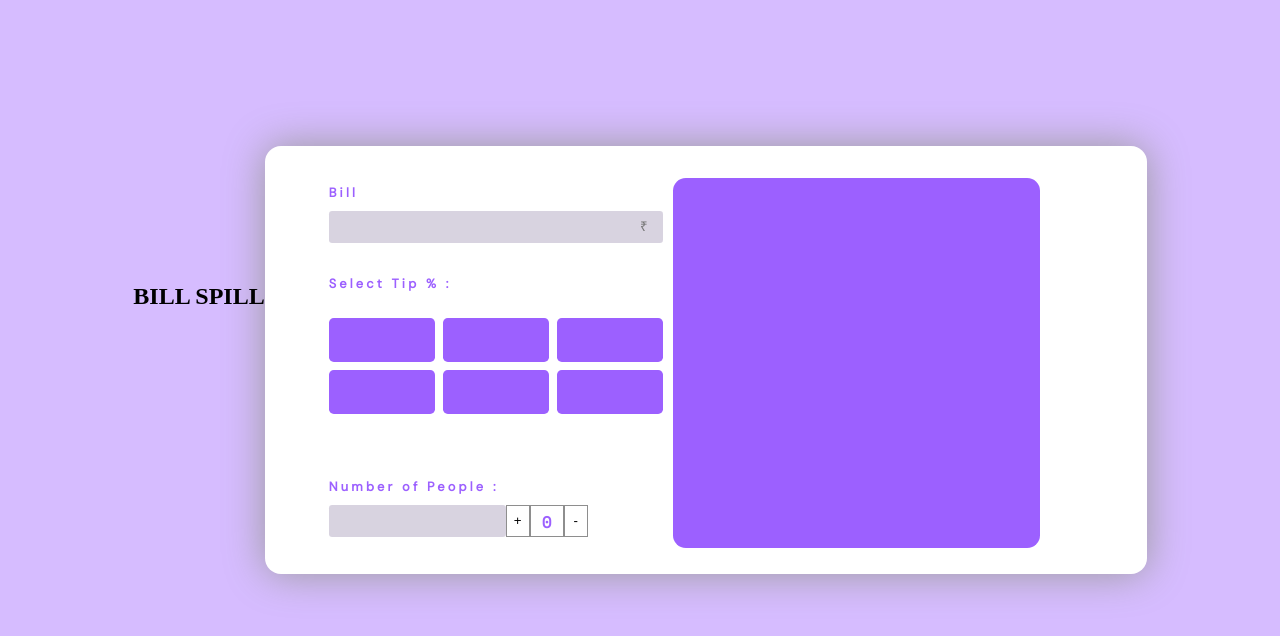
Repository: drumsmanku/micro-project-3
Page: index.html
An editor plug-in stored every save of this project. The page is shown before and after the next save, followed by the edit.
The browser window is 1280 px wide. The pictures show the whole page.

Above is the page before, as saved 2023-04-17 19:24:05.

### index.html
<!DOCTYPE html>
<html lang="en">
<head>
  <meta charset="UTF-8">
  <meta http-equiv="X-UA-Compatible" content="IE=edge">
  <meta name="viewport" content="width=device-width, initial-scale=1.0">
  <link rel="stylesheet" href="styles.css">
  <title>Bill Spill</title>
</head>
<body>
  <main>
    <h2>BILL SPILL</h2>
    <div class="entire-container">
      <div class="left-inside-container">
          <label for="amount">Bill</label>
          <input type="number" name="total" id="total-bill" placeholder="₹" >
          <div class="select-container">
            <label for="tip">Select Tip % :</label>
            <div class="button-containers">
              <button class="bt-1 sizing"></button>
              <button class="bt-2 sizing"></button>
              <button class="bt-3 sizing"></button>
              <button class="bt-4 sizing"></button>
              <button class="bt-5 sizing"></button>
              <button class="bt-6 sizing"></button>
            </div>
          </div>
          <label for="people">Number of People : </label>
          <div class="people-container">
            <input type="number" name="people" id="people-number">
            <button id="add-people">+</button>
            <h4 class="center-text">0</h4>
            <button id="sub-people">-</button>
          </div>
      </div>


      <div class="right-inside-container"></div>
    </div>
  </main>
</body>
</html>

### styles.css
@import url('https://fonts.googleapis.com/css2?family=DM+Sans&display=swap');
@import url('https://fonts.googleapis.com/css2?family=DM+Sans&family=Space+Mono&display=swap');
/* font-family: 'DM Sans', sans-serif; */
*{
  padding: 0;
  margin: 0;
}

main{
  width: 100%;
  height: 100vh;
  display: flex;
  justify-content: center;
  align-items: center;
  background-color:  #D6BCFF;
}

main>h2{
  position: relative;
  top: -4rem;
}

.entire-container{
  width: 818px;
  height: 428px;
  background-color: white;

  display: flex;
  padding-left: 4rem;
  flex-direction: row;
  border-radius: 1rem;
  box-shadow: 0 0 40px rgb(154, 154, 154);
}

.left-inside-container{
  display: flex;
  flex-wrap: wrap;
  flex-direction: column;
  justify-content: center;
}

.button-containers{
  display: grid;
  grid-template-columns: repeat(3, minmax(0,1fr));
  grid-template-rows: repeat(2, minmax(0,1fr));
  grid-gap: 0.5rem;
  margin-top: 1rem;
}

.sizing{
  width: 106px;
  height: 44px;
  border: none;
  background-color: #9C60FF;
  border-radius: 0.3rem;
}
.people-container{
  display: flex;
  flex-direction: row;
}
.people-container>h4{
  border: 1px solid #8E8E8E;
  width: 2rem;
  text-align: center;
  padding-top: 4px;
  color: #9C60FF;
  font-family: 'Space Mono';
  font-size: 1rem;
}
.people-container>button{
  background: none;
  border: 1px solid #8E8E8E;
  width: 1.5rem;
}

.select-container{
  display: flex;
  flex-direction: column;
  margin: 2rem 0 4rem 0;
}

.right-inside-container{
  width: 367px;
  height: 370px;
  background-color: #9C60FF;
  border-radius: 0.8rem;
  position: relative;
  top: 2rem;
  margin-left: 10px;
}
input{
  border-radius: 0.2rem;
  border: none;
  background-color: rgba(182, 172, 196, 0.53);
  height: 2rem;
  text-align: end;
  color: #9C60FF;
}
label{
  color: #9C60FF;
  font-size: 0.8rem;
  font-family: 'DM Sans';
  font-weight: bold;
  letter-spacing: 0.2rem;
  margin-bottom: 10px;
}

After the next save:
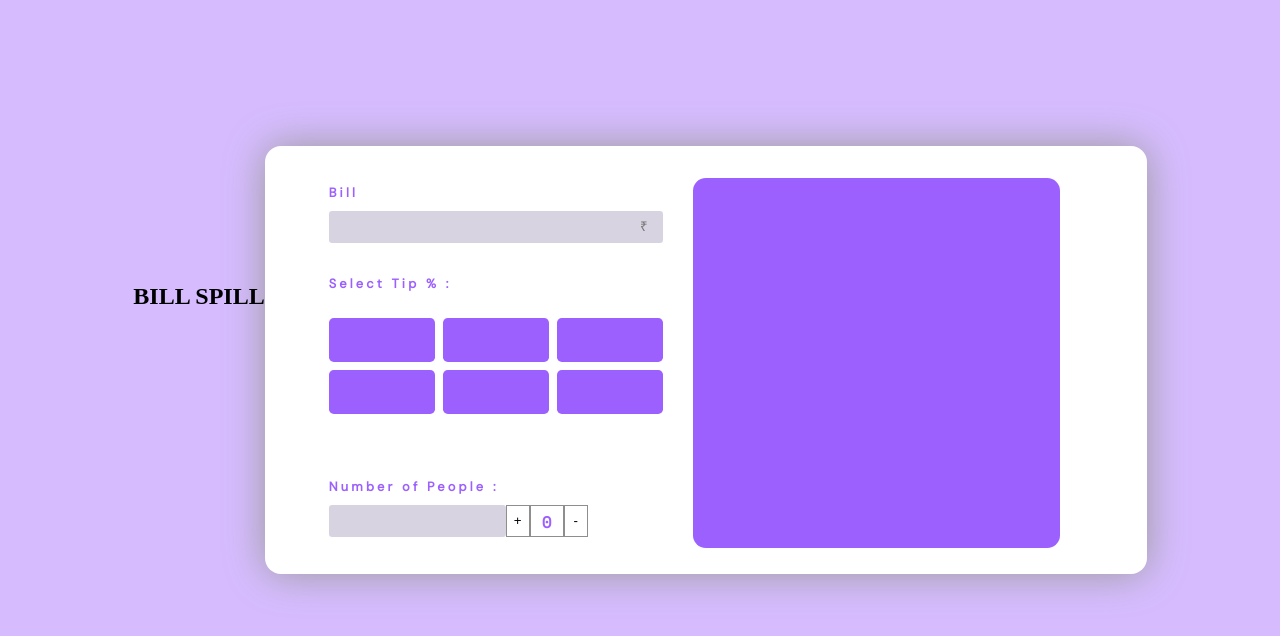
Saved 12 s later.
--- a/styles.css
+++ b/styles.css
@@ -87,6 +87,7 @@ main>h2{
   position: relative;
   top: 2rem;
   margin-left: 10px;
+  right: -20px;
 }
 input{
   border-radius: 0.2rem;
